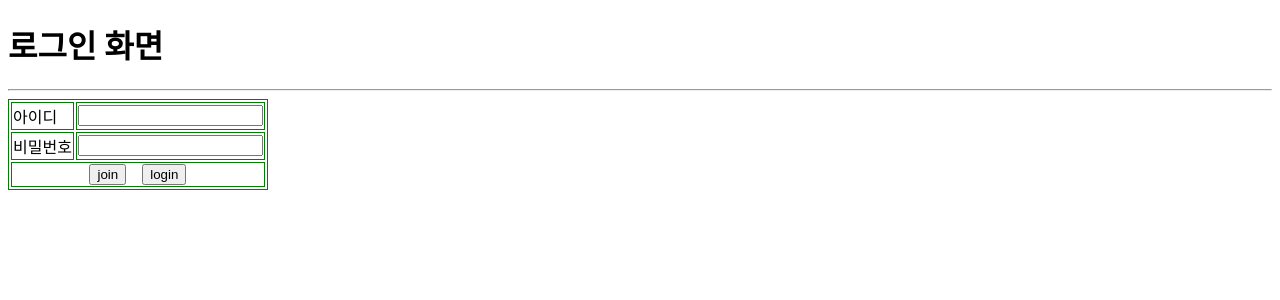
Repository: chuni90/bigdata
Page: http://localhost/tutorial_03/view/login.jsp
The author's editor kept a copy of each file at every save. The page is drawn from the files as they stood at one save, then again after the next save.
The browser window is 1280 px wide. The pictures show the whole page.
The page is served by Tomcat 9.

Above is the page before, as saved 2019-09-24 02:43:27.

After the next save:
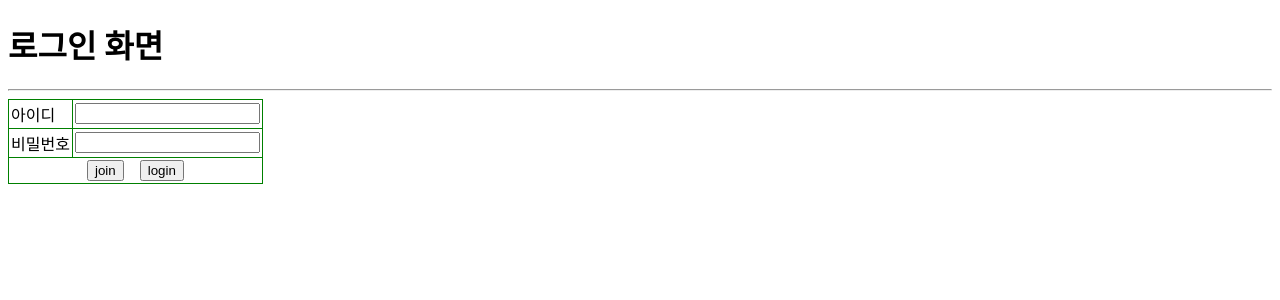
Saved 29 s later.
--- a/2. Java DB/Oracle/tutorial_03/WebContent/view/login.jsp
+++ b/2. Java DB/Oracle/tutorial_03/WebContent/view/login.jsp
@@ -9,11 +9,16 @@
 		<!-- ,(쉼표)는 '그 안에'라는 의미이며 테이블 내에선 tr과 td가 중요한 CSS 요소임-->
 		<style type="text/css">
 			table{
-				border-collapse: solid collapse;
+				border-collapse: collapse;
+
 			}
 
 			table, tr, td{
 				border : 1px solid green;
+			}
+
+			td{
+				padding: 2px;
 			}
 
 		</style>
